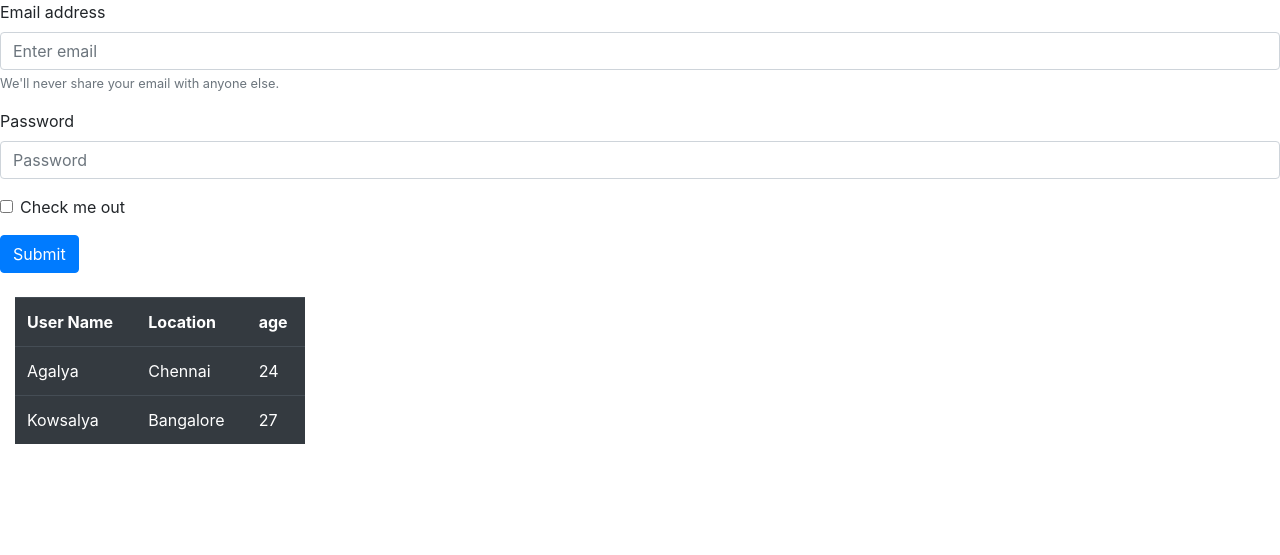
Repository: rajeshkannane/java1
Page: Form/public/index.html
These files come from the project's save history. The page is drawn as it stood at one moment and after the next save; the edit follows.
The browser window is 1280 px wide. The pictures show the whole page.

Above is the page before, as saved 2022-11-14 16:44:58.

### Form/public/index.html
<!DOCTYPE html>
<html>
<head>
            <meta charset="UTF-8">
            <title>Form Demo</title>
            <link rel="stylesheet" href="https://stackpath.bootstrapcdn.com/bootstrap/4.3.1/css/bootstrap.min.css" integrity="sha384-ggOyR0iXCbMQv3Xipma34MD+dH/1fQ784/j6cY/iJTQUOhcWr7x9JvoRxT2MZw1T" crossorigin="anonymous">
        </head>


<body>
<form>
  <div class="form-group">
    <label for="exampleInputEmail1">Email address</label>
    <input type="email" class="form-control" id="exampleInputEmail1" aria-describedby="emailHelp" placeholder="Enter email">
    <small id="emailHelp" class="form-text text-muted">We'll never share your email with anyone else.</small>
  </div>
  <div class="form-group">
    <label for="exampleInputPassword1">Password</label>
    <input type="password" class="form-control" id="exampleInputPassword1" placeholder="Password">
  </div>
  <div class="form-group form-check">
    <input type="checkbox" class="form-check-input" id="exampleCheck1">
    <label class="form-check-label" for="exampleCheck1">Check me out</label>
  </div>
  <button type="submit" class="btn btn-primary">Submit</button>
</form>
<br>
<div class="col-sm-3 " >
<table class="table table-dark" style="text-align:1%">
  <tr>
    <th>User Name</th>
    <th>Location</th>
    <th>age</th>
  </tr>
  <tr>
    <td>Agalya</td>
    <td>Chennai</td>
    <td>24</td>
  </tr>
  <tr>
    <td>Kowsalya</td>
    <td>Bangalore</td>
    <td>27</td>
  </tr>
    </table>
    </div>
</body>
</html>

After the next save:
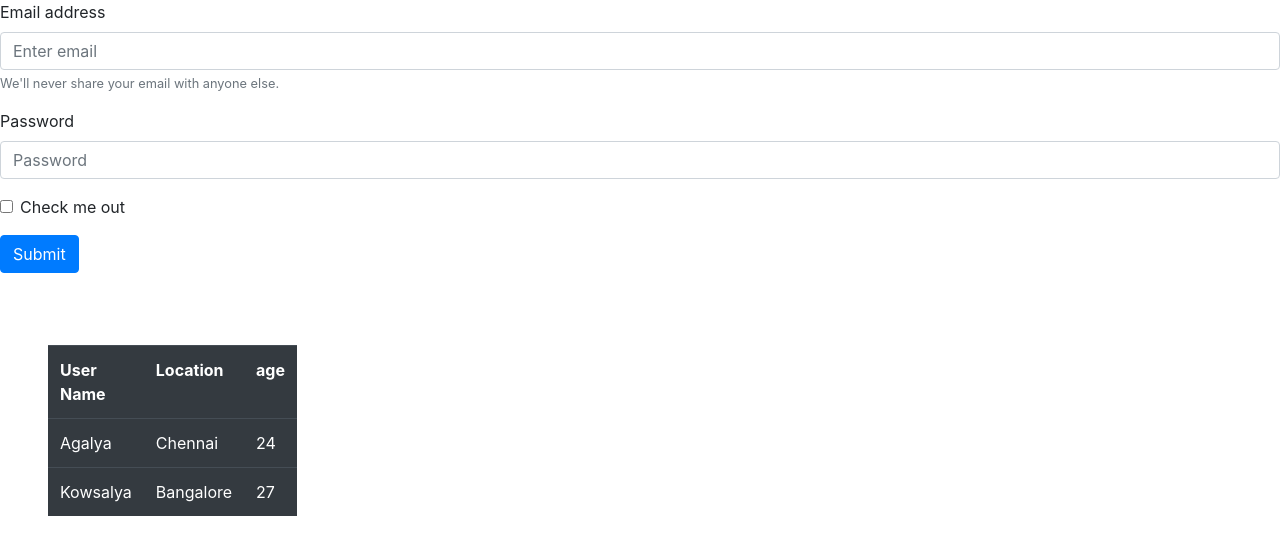
Saved 14 s later.
--- a/Form/public/index.html
+++ b/Form/public/index.html
@@ -25,7 +25,7 @@
   <button type="submit" class="btn btn-primary">Submit</button>
 </form>
 <br>
-<div class="col-sm-3 " >
+<div class="col-sm-3 p-5" >
 <table class="table table-dark" style="text-align:1%">
   <tr>
     <th>User Name</th>
